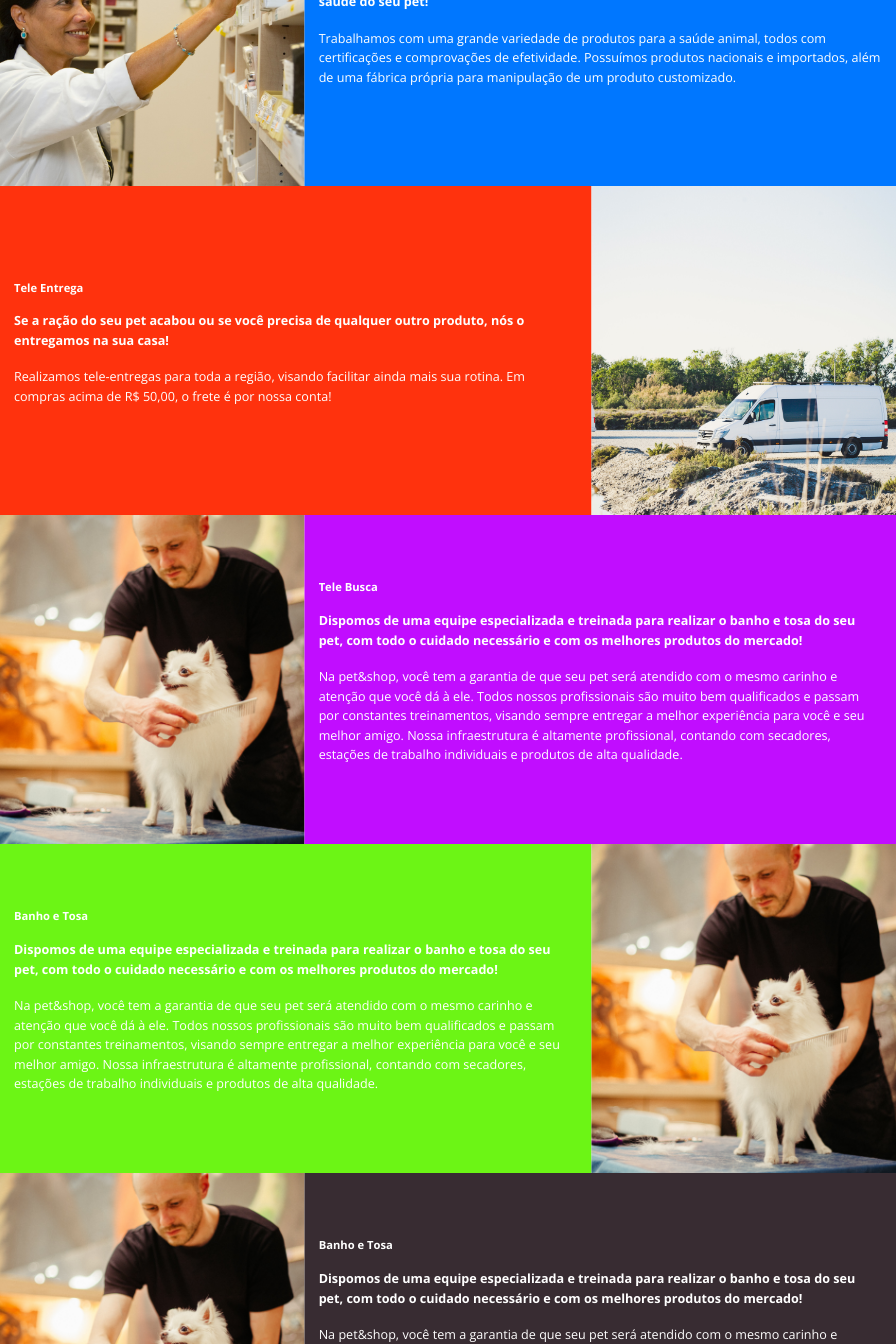
Repository: EzequielKaiber/pet-e-shop
Page: servicos.html
The author's editor kept a copy of each file at every save. The page is drawn from the files as they stood at one save, then again after the next save.
The browser window is 1280 px wide. The pictures show the part of the page from y = 1244 to 3164 px (the page is 3884 px tall), at 70% of full size.

Above is the page before, as saved 2022-04-26 14:06:50.

After the next save:
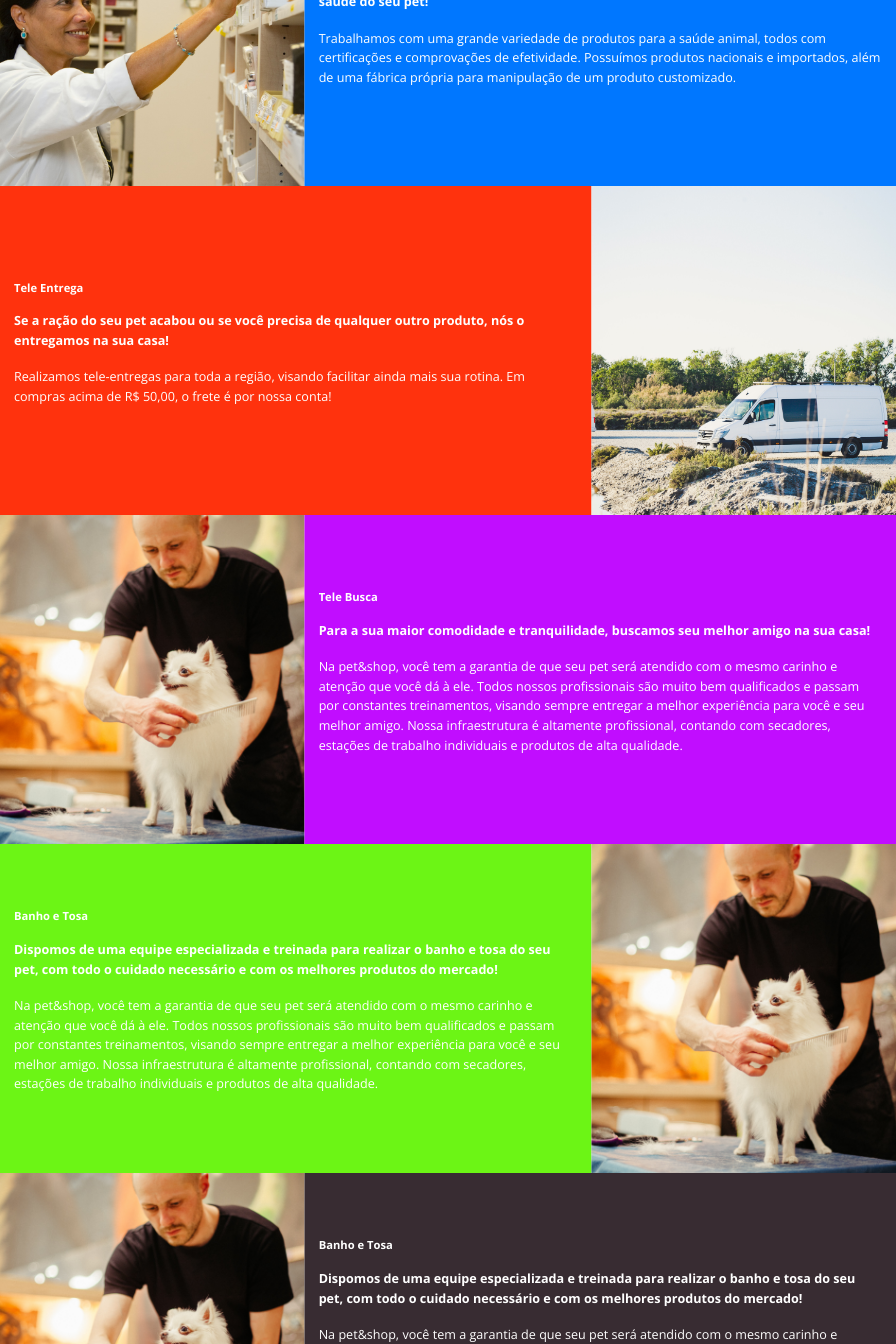
Saved 6 s later.
--- a/servicos.html
+++ b/servicos.html
@@ -99,8 +99,7 @@
             </div>
             <div class="right roxo white">
                 <h2>Tele Busca</h2>
-                <p><b>Dispomos de uma equipe especializada e treinada para realizar o banho e tosa do seu pet,
-                    com todo o cuidado necessário e com os melhores produtos do mercado!</b></p>
+                <p><b>Para a sua maior comodidade e tranquilidade, buscamos seu melhor amigo na sua casa!</b></p>
                 <p>
                     Na pet&shop, você tem a garantia de que seu pet será atendido com o mesmo carinho e atenção
                     que você dá à ele. Todos nossos profissionais são muito bem qualificados e passam por
